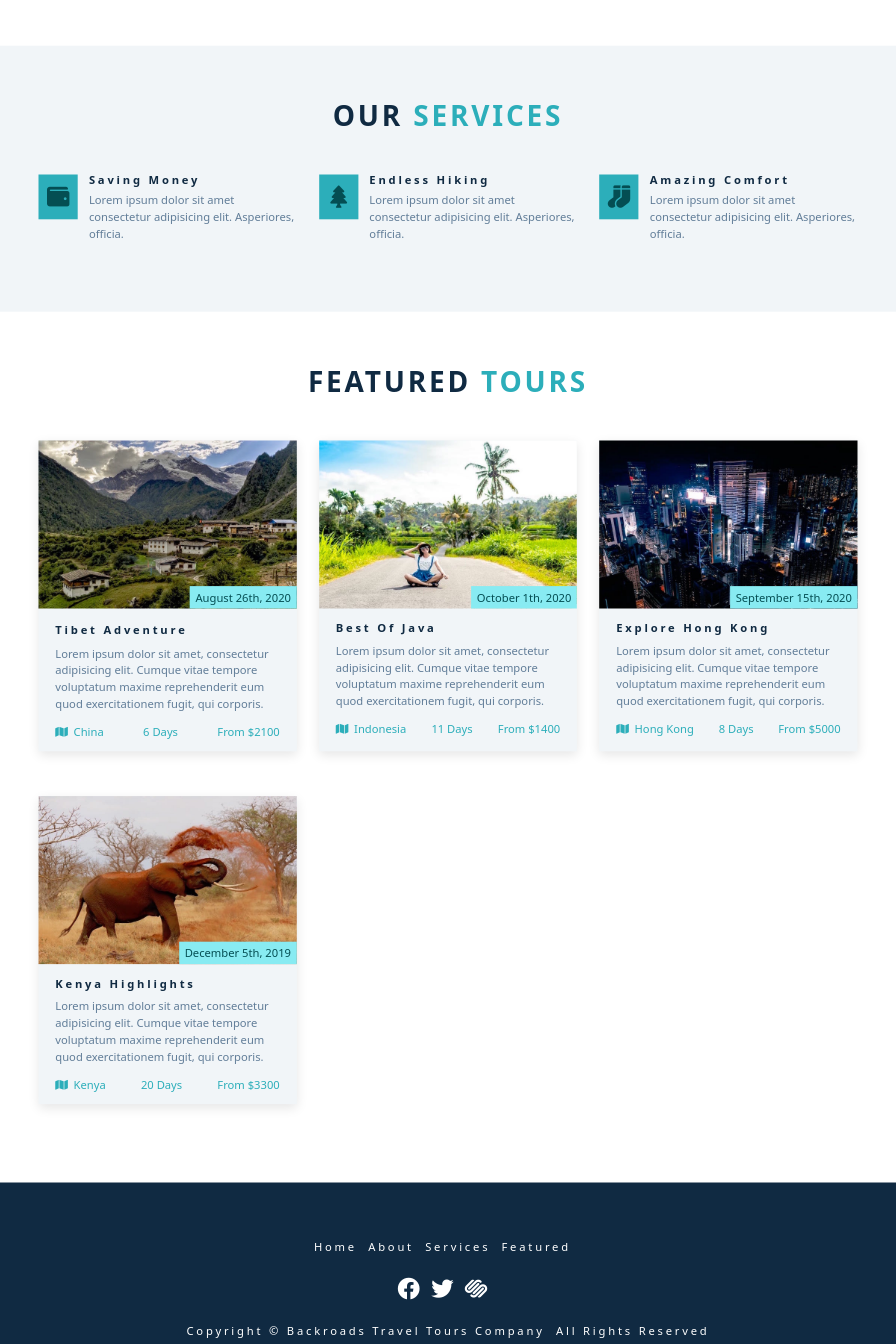
Repository: EdurdodaSilva/Ract_Basic
Page: /
The author's editor kept a copy of each file at every save. The page is drawn from the files as they stood at one save, then again after the next save.
The browser window is 1280 px wide. The pictures show the part of the page from y = 1345 to 3265 px (the page is 3359 px tall before and 3463 px after), at 70% of full size.
Some web libraries are served in a nearby version. The project was rebuilt for these pictures with package versions that can differ from the ones it lists, and the page was loaded fresh each time.

Above is the page before, as saved 2024-08-29 17:50:22.

### public/index.html
<!DOCTYPE html>
<html lang="en">

<head>
  <meta charset="utf-8" />
  <link rel="icon" href="%PUBLIC_URL%/favicon.ico" />
  <meta name="viewport" content="width=device-width, initial-scale=1" />
  <meta name="theme-color" content="#000000" />
  <meta name="description" content="Web site created using create-react-app" />
  <link rel="apple-touch-icon" href="%PUBLIC_URL%/favicon.ico" />
  <!--
      manifest.json provides metadata used when your web app is installed on a
      user's mobile device or desktop. See https://developers.google.com/web/fundamentals/web-app-manifest/
    -->
  <link rel="manifest" href="%PUBLIC_URL%/manifest.json" />
  <!--
      Notice the use of %PUBLIC_URL% in the tags above.
      It will be replaced with the URL of the `public` folder during the build.
      Only files inside the `public` folder can be referenced from the HTML.

      Unlike "/favicon.ico" or "favicon.ico", "%PUBLIC_URL%/favicon.ico" will
      work correctly both with client-side routing and a non-root public URL.
      Learn how to configure a non-root public URL by running `npm run build`.
    -->
  <!-- font-awesome -->
  <link rel="stylesheet" href="https://cdnjs.cloudflare.com/ajax/libs/font-awesome/5.12.0/css/all.min.css"
    integrity="sha512-c93ifPoTvMdEJH/rKIcBx//AL1znq9+4/RmMGafI/vnTFe/dKwnn1uoeszE2zJBQTS1Ck5CqSBE+34ng2PthJg=="
    crossorigin="anonymous" referrerpolicy="no-referrer" />
  <title>BackRoads App</title>
</head>

<body>
  <noscript>You need to enable JavaScript to run this app.</noscript>
  <div id="root"></div>
  <!--
      This HTML file is a template.
      If you open it directly in the browser, you will see an empty page.

      You can add webfonts, meta tags, or analytics to this file.
      The build step will place the bundled scripts into the <body> tag.

      To begin the development, run `npm start` or `yarn start`.
      To create a production bundle, use `npm run build` or `yarn build`.
    -->
</body>

</html>

### src/index.css
/*
===============
Variables
===============
*/

:root {
    /* dark shades of primary color*/
    --clr-primary-1: hsl(184, 91%, 17%);
    --clr-primary-2: hsl(185, 84%, 25%);
    --clr-primary-3: hsl(185, 81%, 29%);
    --clr-primary-4: hsl(184, 77%, 34%);
    /* primary/main color */
    --clr-primary-5: hsl(185, 62%, 45%);
    /* lighter shades of primary color */
    --clr-primary-6: hsl(185, 57%, 50%);
    --clr-primary-7: hsl(184, 65%, 59%);
    --clr-primary-8: hsl(184, 80%, 74%);
    --clr-primary-9: hsl(185, 94%, 87%);
    --clr-primary-10: hsl(186, 100%, 94%);
    /* darkest grey - used for headings */
    --clr-grey-1: hsl(209, 61%, 16%);
    --clr-grey-2: hsl(211, 39%, 23%);
    --clr-grey-3: hsl(209, 34%, 30%);
    --clr-grey-4: hsl(209, 28%, 39%);
    /* grey used for paragraphs */
    --clr-grey-5: hsl(210, 22%, 49%);
    --clr-grey-6: hsl(209, 23%, 60%);
    --clr-grey-7: hsl(211, 27%, 70%);
    --clr-grey-8: hsl(210, 31%, 80%);
    --clr-grey-9: hsl(212, 33%, 89%);
    --clr-grey-10: hsl(210, 36%, 96%);
    --clr-white: #fff;
    --ff-primary: "Lato", sans-serif;
    --transition: all 0.3s linear;
    --spacing: 0.25rem;
    --radius: 0.5rem;
    --light-shadow: 0 5px 15px rgba(0, 0, 0, 0.1);
    --dark-shadow: 0 5px 15px rgba(0, 0, 0, 0.2);
}
/*
===============
Global Styles
===============
*/

* {
    margin: 0;
    padding: 0;
    box-sizing: border-box;
}
html {
    scroll-behavior: smooth;
}
body {
    font-family: system-ui, -apple-system, BlinkMacSystemFont, "Segoe UI",
        Roboto, Oxygen, Ubuntu, Cantarell, "Open Sans", "Helvetica Neue",
        sans-serif;
    background: var(--clr-white);
    color: var(--clr-grey-1);
    line-height: 1.5;
    font-size: 0.875rem;
}
ul {
    list-style-type: none;
}
a {
    text-decoration: none;
}
img:not(.nav-logo) {
    width: 100%;
    display: block;
}

h1,
h2,
h3,
h4 {
    letter-spacing: var(--spacing);
    text-transform: capitalize;
    line-height: 1.25;
    margin-bottom: 0.75rem;
}
h1 {
    font-size: 3rem;
}
h2 {
    font-size: 2rem;
}
h3 {
    font-size: 1.25rem;
}
h4 {
    font-size: 0.875rem;
}
p {
    margin-bottom: 1.25rem;
    color: var(--clr-grey-5);
}
@media screen and (min-width: 800px) {
    h1 {
        font-size: 4rem;
    }
    h2 {
        font-size: 2.5rem;
    }
    h3 {
        font-size: 1.75rem;
    }
    h4 {
        font-size: 1rem;
    }
    body {
        font-size: 1rem;
    }
    h1,
    h2,
    h3,
    h4 {
        line-height: 1;
    }
}
/*  global classes */

.btn {
    text-transform: uppercase;
    background: var(--clr-primary-5);
    color: var(--clr-white);
    padding: 0.375rem 0.75rem;
    letter-spacing: var(--spacing);
    display: inline-block;
    /* font-weight: 700; */
    transition: var(--transition);
    font-size: 0.875rem;
    border: 2px solid transparent;
    cursor: pointer;
    box-shadow: 0 1px 3px rgba(0, 0, 0, 0.2);
}
.btn:hover {
    color: var(--clr-primary-1);
    background: var(--clr-primary-8);
}
/* section */
.section {
    padding: 5rem 0;
    scroll-margin-top: 4rem;
}
.section-title {
    text-align: center;
    margin-bottom: 4rem;
}
.section-title h2 {
    text-transform: uppercase;
}
.section-title span {
    color: var(--clr-primary-5);
}
.section-center {
    width: 90vw;
    margin: 0 auto;
    max-width: 1170px;
}
@media screen and (min-width: 992px) {
    .section-center {
        width: 95vw;
    }
}

/*
===============
Hero
===============
*/

.hero {
    min-height: 100vh;
    background: var(--clr-primary-5);
    display: flex;
    justify-content: center;
    align-items: center;
}
.hero-banner {
    text-align: center;
    color: var(--clr-white);
    padding: 0 3rem;
}
.hero-banner h1 {
    text-transform: uppercase;
}
.hero-banner p {
    max-width: 35rem;
    margin-left: auto;
    margin-right: auto;
    color: var(--clr-white);
    letter-spacing: var(--spacing);
}
.hero-btn {
    padding: 0.9rem 1.6rem;
    font-size: 1.25rem;
    background: var(--clr-white);
    color: var(--clr-primary-5);
}
.hero-btn:hover {
    background: transparent;
    color: var(--clr-white);
    border-color: var(--clr-white);
}
@media screen and (min-width: 768px) {
    .hero {
        background: linear-gradient(rgba(44, 174, 186, 0.7), rgba(0, 0, 0, 0.7)),
            url("./images/main.jpeg") center/cover no-repeat;
    }
    .hero-banner {
        padding: 0;
    }
    .hero-banner p {
        max-width: 45rem;
    }
}
/*
===============
About
===============
*/
/* section added to globals */
/* title added to globals */
/* section center added to globals */
.about-img,
.about-info {
    margin-bottom: 2rem;
}

@media screen and (min-width: 992px) {
    .about-center {
        display: grid;
        grid-template-columns: 1fr 1fr;
        column-gap: 2rem;
    }
    .about-img,
    .about-info {
        margin-bottom: 0;
    }
}
@media screen and (min-width: 1170px) {
    .about-img::before {
        content: "";
        position: absolute;
        width: 100%;
        height: 100%;
        border: 0.5rem solid var(--clr-primary-5);
        box-sizing: border-box;
        top: -1.5rem;
        left: -1.5rem;
    }

    .about-img {
        position: relative;
    }
    .about-photo {
        position: relative;
    }
}
/*
===============
Services
===============
*/
.services {
    background: var(--clr-grey-10);
}
.service {
    text-align: center;
    margin-bottom: 3rem;
}
.service-icon {
    background: var(--clr-primary-5);
    color: var(--clr-primary-1);
    padding: 0.5rem;
    display: inline-block;
    font-size: 2rem;
    margin-bottom: 1.5rem;
}
.service-text {
    max-width: 20rem;
    margin-left: auto;
    margin-right: auto;
}

@media screen and (min-width: 576px) {
    .services-center {
        display: grid;
        grid-template-columns: 1fr 1fr;
        gap: 2rem;
    }
    .service {
        margin-bottom: 0rem;
    }
}
@media screen and (min-width: 992px) {
    .services-center {
        grid-template-columns: 1fr 1fr 1fr;
    }
}
@media screen and (min-width: 1170px) {
    .service {
        display: flex;
        text-align: left;
    }
    .service-icon {
        align-self: start;
    }
    .service-info {
        padding-left: 1rem;
    }
    .service-title {
        margin-bottom: 0.5rem;
    }
}

/*
===============
Featured Tours
===============
*/

.tour-card {
    transition: var(--transition);
    background: var(--clr-grey-10);
    box-shadow: 0 5px 15px rgba(0, 0, 0, 0.1);
    margin-bottom: 2rem;
}
.tour-card:hover {
    box-shadow: 0 5px 15px rgba(0, 0, 0, 0.2);
    transform: scale(1.02);
}
.tour-img-container {
    position: relative;
}
.tour-img {
    height: 15rem;
    object-fit: cover;
}
.tour-date {
    position: absolute;
    right: 0;
    bottom: 0;
    background: var(--clr-primary-8);
    color: var(--clr-primary-1);
    text-transform: capitalize;
    padding: 0.25rem 0.5rem;
    margin-bottom: 0;
}
.tour-info {
    padding: 1.25rem 1.5rem;
}
/* additional css for different layout*/
.tour-title {
    display: flex;
    justify-content: space-between;
    flex-wrap: wrap;
}
.tour-title p,
.tour-title h4 {
    margin-bottom: 0.75rem;
    line-height: 1.25;
}
.tour-title p {
    color: var(--clr-grey-7);
}
/* end of additional css for different layout*/
.tour-footer {
    display: flex;
    justify-content: space-between;
    flex-wrap: wrap;
    align-items: center;
}
.tour-footer p {
    line-height: 0;
    margin-bottom: 0;
    text-transform: capitalize;
    color: var(--clr-primary-5);
}
.tour-footer p span {
    margin-right: 0.25rem;
}
.tour-btn {
    text-align: center;
}
@media screen and (min-width: 768px) {
    .featured-center {
        display: grid;
        grid-template-columns: 1fr 1fr;
        gap: 2rem;
    }
}
@media screen and (min-width: 1170px) {
    .featured-center {
        grid-template-columns: 1fr 1fr 1fr;
    }
}

/*
===============
Footer
===============
*/
.footer {
    background: var(--clr-grey-1);
    text-align: center;
    padding-left: 2rem;
    padding-right: 2rem;
}
.footer-links,
.footer-icons {
    display: flex;
    justify-content: center;
    margin-bottom: 1.5rem;
    flex-wrap: wrap;
}
.footer-link {
    color: var(--clr-white);
    text-transform: capitalize;
    font-size: 1rem;
    margin-right: 1rem;
    letter-spacing: var(--spacing);
    transition: var(--transition);
}
.footer-link:hover {
    color: var(--clr-primary-5);
}
.footer-icon {
    font-size: 2rem;
    margin-right: 1rem;
    color: var(--clr-white);
    transition: var(--transition);
}
.footer-icon:hover {
    color: var(--clr-primary-5);
}
.copyright {
    text-transform: capitalize;
    letter-spacing: var(--spacing);
    color: var(--clr-white);
}
.copyright span {
    margin-left: 0.5rem;
}
/*
===============
Navbar
===============
*/
/* add :not(.nav-logo) to img */

.navbar {
    position: fixed;
    top: 0;
    left: 0;
    width: 100%;
    background: var(--clr-white);
    box-shadow: var(--dark-shadow);
    z-index: 2;
    height: 4rem;
    display: flex;
    align-items: center;
}
.nav-icons {
    display: none;
}
.nav-center {
    width: 90vw;
    max-width: 1170px;
    margin: 0 auto;
}
.nav-header {
    display: flex;
    justify-content: space-between;
    align-items: center;
}
.nav-toggle {
    background: transparent;
    border: none;
    outline: none;
    font-size: 1.5rem;
    color: var(--clr-primary-5);
    cursor: pointer;
    transition: var(--transition);
}
.nav-toggle:hover {
    transform: scale(1.2);
}
.nav-link {
    display: block;
    padding: 1rem 2rem;
    text-transform: capitalize;
    letter-spacing: var(--spacing);
    transition: var(--transition);
    color: var(--clr-grey-1);
    cursor: pointer;
    font-size: 1rem;
}
.nav-link:hover {
    color: var(--clr-primary-1);
    background: var(--clr-primary-8);
    padding-left: 2.25rem;
}
/* nav toggle functionality */
.nav-links {
    height: 0;
    overflow: hidden;
    transition: var(--transition);
}
.show-links {
    height: 280px;
}
/* nav at bigger screen size */
@media screen and (min-width: 992px) {
    /* hide nav toggle button */
    .nav-toggle {
        display: none;
    }
    /* show links */
    .nav-links {
        height: auto;
        display: flex;
    }
    .nav-center {
        display: flex;
        justify-content: space-between;
        align-items: center;
        /* optional */
        flex-wrap: wrap;
    }
    .nav-header {
        padding: 0 0;
    }
    .nav-link {
        padding: 0 0;
    }
    .nav-link:hover {
        padding: 0;
        color: var(--clr-primary-5);
        background: transparent;
    }
    .nav-icons {
        display: flex;
    }

    .nav-link {
        margin-right: 0.7rem;
    }
    .nav-icon {
        margin-right: 0.7rem;
        color: var(--clr-primary-5);
        font-size: 1.2rem;
        transition: var(--transition);
    }
    .nav-icon:hover {
        color: var(--clr-primary-8);
    }
}

### src/App.js
import About from "./components/About";
import Featured from "./components/Featured";
import Footer from "./components/Footer";
import Hero from "./components/Hero";
import Navbar from "./components/Navbar";
import Services from "./components/Services";

function App() {
    return (
        <>
            <Navbar />
            <Hero />
            <About />
            <Services />
            <Featured />
            <Footer />
        </>
    );
}

export default App;

### src/components/About.js
import React from "react";
import about from "../images/about.jpeg";
import { Title } from "./Title";

const About = () => {
    return (
        <section className="section" id="about">
            <Title title="about" subTitle="us" />

            <div className="section-center about-center">
                <div className="about-img">
                    <img
                        src={about}
                        className="about-photo"
                        alt="awesome beach"
                    />
                </div>
                <article className="about-info">
                    <h3>explore the difference</h3>
                    <p>
                        Lorem ipsum, dolor sit amet consectetur adipisicing
                        elit. Aspernatur quisquam harum nam cumque temporibus
                        explicabo dolorum sapiente odio unde dolor?
                    </p>
                    <p>
                        Lorem ipsum, dolor sit amet consectetur adipisicing
                        elit. Aspernatur quisquam harum nam cumque temporibus
                        explicabo dolorum sapiente odio unde dolor?
                    </p>
                    <a href="#" className="btn">
                        read more
                    </a>
                </article>
            </div>
        </section>
    );
};

export default About;

### src/components/Hero.js
import React from "react";

const Hero = () => {
    return (
        <section className="hero" id="home">
            <div className="hero-banner">
                <h1>continue exploring</h1>
                <p>
                    Lorem ipsum dolor sit amet consectetur adipisicing elit.
                    Vitae explicabo debitis est autem dicta.
                </p>
                <a href="#tours" className="btn hero-btn">
                    explore tours
                </a>
            </div>
        </section>
    );
};

export default Hero;

### src/components/Services.js
import React from "react";

const Services = () => {
    return (
        <section className="section services" id="services">
            <div className="section-title">
                <h2>
                    our <span>services</span>
                </h2>
            </div>
            <div className="section-center services-center">
                <article className="service">
                    <span className="service-icon">
                        <i className="fas fa-wallet fa-fw"></i>
                    </span>
                    <div className="service-info">
                        <h4 className="service-title">saving money</h4>
                        <p className="service-text">
                            Lorem ipsum dolor sit amet consectetur adipisicing
                            elit. Asperiores, officia.
                        </p>
                    </div>
                </article>

                <article className="service">
                    <span className="service-icon">
                        <i className="fas fa-tree fa-fw"></i>
                    </span>
                    <div className="service-info">
                        <h4 className="service-title">endless hiking</h4>
                        <p className="service-text">
                            Lorem ipsum dolor sit amet consectetur adipisicing
                            elit. Asperiores, officia.
                        </p>
                    </div>
                </article>

                <article className="service">
                    <span className="service-icon">
                        <i className="fas fa-socks fa-fw"></i>
                    </span>
                    <div className="service-info">
                        <h4 className="service-title">amazing comfort</h4>
                        <p className="service-text">
                            Lorem ipsum dolor sit amet consectetur adipisicing
                            elit. Asperiores, officia.
                        </p>
                    </div>
                </article>
            </div>
        </section>
    );
};

export default Services;

### src/components/Title.js
export const Title = ({ title, subTitle }) => {
    return (
        <div className="section-title">
            <h2>
                {title} <span>{subTitle}</span>
            </h2>
        </div>
    );
};

### src/data.js
export const pageLinks = [
    { id: 1, href: "#home", text: "home" },
    { id: 2, href: "#about", text: "about" },
    { id: 3, href: "#services", text: "services" },
    { id: 4, href: "#tours", text: "tours" },
];

export const socialLinks = [
    {
        id: 1,
        href: "https://www.twitter.com",
        icon: "fab fa-facebook",
    },
    {
        id: 2,
        href: "https://www.twitter.com",
        icon: "fab fa-twitter",
    },
    {
        id: 3,
        href: "https://www.twitter.com",
        icon: "fab fa-squarespace",
    },
];

Loaded but not shown: src/index.js (common file); src/components/Featured.js (124 lines, source omitted); src/components/Footer.js (74 lines, source omitted); src/components/Navbar.js (57 lines, source omitted)

After the next save:
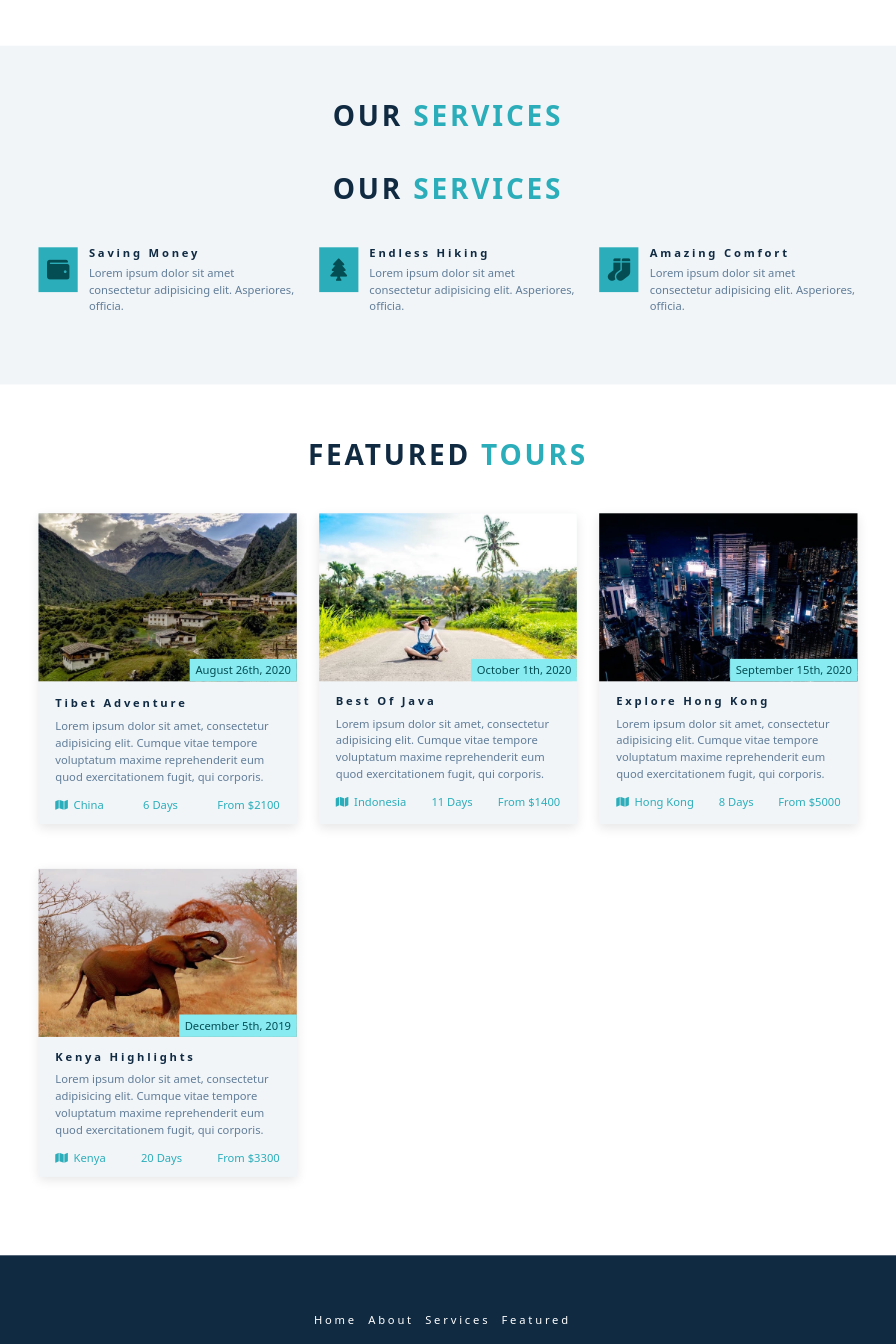
Saved 109 s later.
--- a/src/components/Services.js
+++ b/src/components/Services.js
@@ -1,8 +1,10 @@
 import React from "react";
+import { Title } from "./Title";
 
 const Services = () => {
     return (
         <section className="section services" id="services">
+            <Title title="our" subTitle="services" />
             <div className="section-title">
                 <h2>
                     our <span>services</span>

After the save that followed:
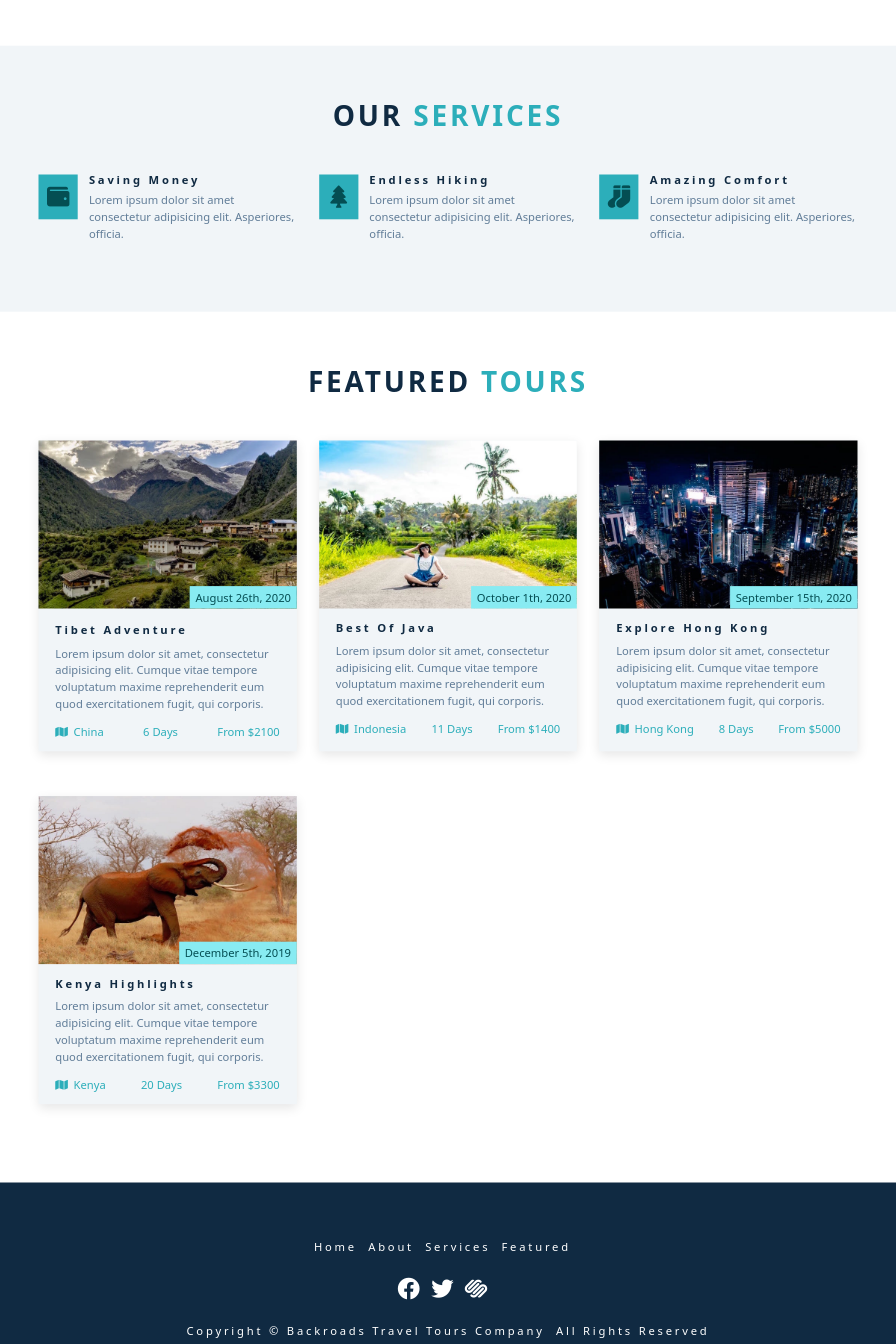
Saved 6 s later.
--- a/src/components/Services.js
+++ b/src/components/Services.js
@@ -5,11 +5,7 @@
     return (
         <section className="section services" id="services">
             <Title title="our" subTitle="services" />
-            <div className="section-title">
-                <h2>
-                    our <span>services</span>
-                </h2>
-            </div>
+
             <div className="section-center services-center">
                 <article className="service">
                     <span className="service-icon">
